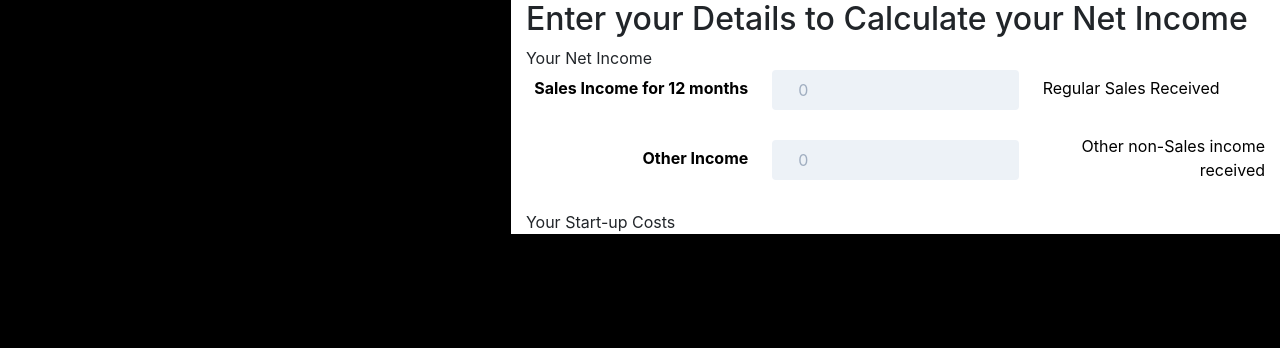
Repository: latenightsnacc/Financial-Forecast
Page: financial-forecast.html
These files come from the project's save history. The page is drawn as it stood at one moment and after the next save; the edit follows.
The browser window is 1280 px wide. The pictures show the whole page.

Above is the page before, as saved 2020-11-15 11:44:24.

### financial-forecast.html
<!DOCTYPE html>
<html lang="en">
<head>
    <meta charset="UTF-8">
    <meta name="viewport" content="width=device-width, initial-scale=1.0">
    <!--Tailwind CDN-->
    <link rel="stylesheet" href="https://cdnjs.cloudflare.com/ajax/libs/tailwindcss/1.9.6/base.min.css" integrity="sha512-hEjkvMSM0ql6VJcNK0gTmjt9ar8F2yHeBUbJKtyvQhkkbGMhiJ4+MaiB8XxsthLAHJx5vy2I9dN0un8HiWG2LA==" crossorigin="anonymous" />
    <link rel="stylesheet" href="https://cdnjs.cloudflare.com/ajax/libs/tailwindcss/1.9.6/components.min.css" integrity="sha512-TizAONqhvXjEfRPhptSUkZNVU497PzAnXNGNUoeOjeni4dHpJ+ak+ZsyoGna20LH/yg1PvdufN1VbnVQeVDftg==" crossorigin="anonymous" />
    <link rel="stylesheet" href="https://cdnjs.cloudflare.com/ajax/libs/tailwindcss/1.9.6/tailwind.css" integrity="sha512-HY1FOTeAX9idUBWDhVDrBg8QUHBisKVQ4BCVj1jFo5z76mk87w4Rr5YGP8nBkcGmoMzqYvdeXHMOg/olF45z3g==" crossorigin="anonymous" />
    <link rel="stylesheet" href="https://cdnjs.cloudflare.com/ajax/libs/tailwindcss/1.9.6/utilities.min.css" integrity="sha512-0QJfuLKyYJWGB5hKArJW67xqMLDlR8YaLM/ZuW2mRn4NRwHNsGm7UuREc5Fu7jONHyewPKnGODY0N8G+FQbfxg==" crossorigin="anonymous" />
    <!--Bootstrap CDN-->
    <link rel="stylesheet" href="https://cdn.jsdelivr.net/npm/bootstrap@4.5.3/dist/css/bootstrap.min.css" integrity="sha384-TX8t27EcRE3e/ihU7zmQxVncDAy5uIKz4rEkgIXeMed4M0jlfIDPvg6uqKI2xXr2" crossorigin="anonymous">
    <title>Financial Forecast |Resaads Consults - Think Millenial</title>
</head>
<body class="bg-black">
    <div class="container">
        <!--Navigation-->
    </div>
    <div class="wrapper float-right bg-white">
        <div class="container">
            <h2 class="title">Enter your Details to Calculate your Net Income</h2>
        </div>
        <div class="container">
            <!--FORM-->
            <form class="w-full max-w-none">
            <!--NET INCOME-->
                <div class="title">Your Net Income</div>
                <!--Sales Income-->
                <div class="md:flex md:items-center mb-6">
                  <div class="md:w-1/3">
                    <label class="block text-black font-bold md:text-right mb-1 md:mb-0 pr-4" for="inline-full-name" placeholder="0">
                      Sales Income for 12 months
                    </label>
                  </div>
                  <div class="md:w-1/3">
                    <input class="bg-gray-200 appearance-none border-2 border-gray-200 rounded w-full py-2 px-4 text-gray-700 leading-tight focus:outline-none focus:bg-white focus:border-grey-500" id="inline-full-name" type="text" placeholder="0">
                  </div>
                  <div class="md:w-1/3">
                    <label class="block text-black font-500 md:text-right mb-1 md:mb-0 pl-4 float-left" for="inline-full-name" >
                      Regular Sales Received
                    </label>
                  </div>
                </div>
                <!--Other Income-->
                <div class="md:flex md:items-center mb-6">
                    <div class="md:w-1/3">
                      <label class="block text-black font-bold md:text-right mb-1 md:mb-0 pr-4" for="inline-full-name" placeholder="0">
                        Other Income
                      </label>
                    </div>
                    <div class="md:w-1/3">
                      <input class="bg-gray-200 appearance-none border-2 border-gray-200 rounded w-full py-2 px-4 text-gray-700 leading-tight focus:outline-none focus:bg-white focus:border-grey-500" id="inline-full-name" type="text" placeholder="0">
                    </div>
                    <div class="md:w-1/3">
                      <label class="block text-black font-500 md:text-right mb-1 md:mb-0 pl-4 float-left" for="inline-full-name" >
                        Other non-Sales income received
                      </label>
                    </div>
                </div>
            <!--STARTUP COSTS-->
                <div class="title">Your Start-up Costs</div>
              </form>
        </div>
    </div>
    <!--Bootstrap Scripts-->
    <script src="https://code.jquery.com/jquery-3.5.1.slim.min.js" integrity="sha384-DfXdz2htPH0lsSSs5nCTpuj/zy4C+OGpamoFVy38MVBnE+IbbVYUew+OrCXaRkfj" crossorigin="anonymous"></script>
    <script src="https://cdn.jsdelivr.net/npm/popper.js@1.16.1/dist/umd/popper.min.js" integrity="sha384-9/reFTGAW83EW2RDu2S0VKaIzap3H66lZH81PoYlFhbGU+6BZp6G7niu735Sk7lN" crossorigin="anonymous"></script>
    <script src="https://cdn.jsdelivr.net/npm/bootstrap@4.5.3/dist/js/bootstrap.min.js" integrity="sha384-w1Q4orYjBQndcko6MimVbzY0tgp4pWB4lZ7lr30WKz0vr/aWKhXdBNmNb5D92v7s" crossorigin="anonymous"></script>
</body>
</html>

After the next save:
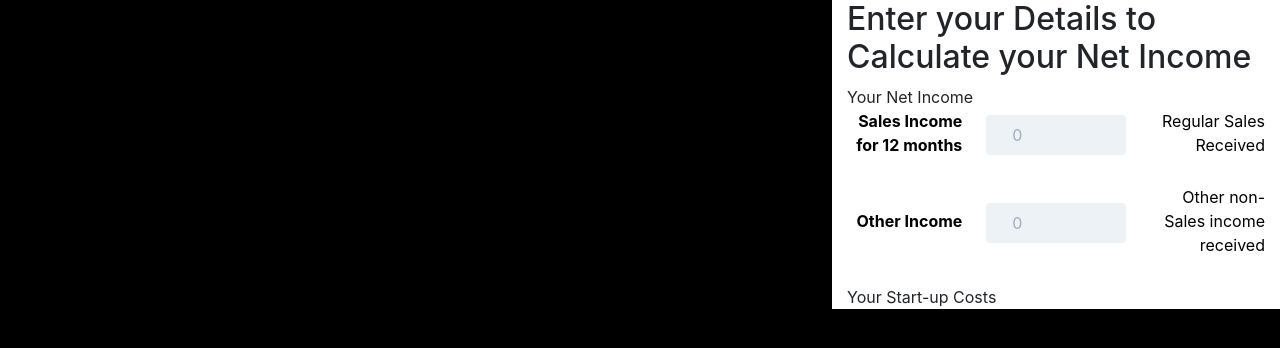
Saved 24 s later.
--- a/financial-forecast.html
+++ b/financial-forecast.html
@@ -16,7 +16,7 @@
     <div class="container">
         <!--Navigation-->
     </div>
-    <div class="wrapper float-right bg-white">
+    <div class="wrapper float-right max-w-md bg-white">
         <div class="container">
             <h2 class="title">Enter your Details to Calculate your Net Income</h2>
         </div>
